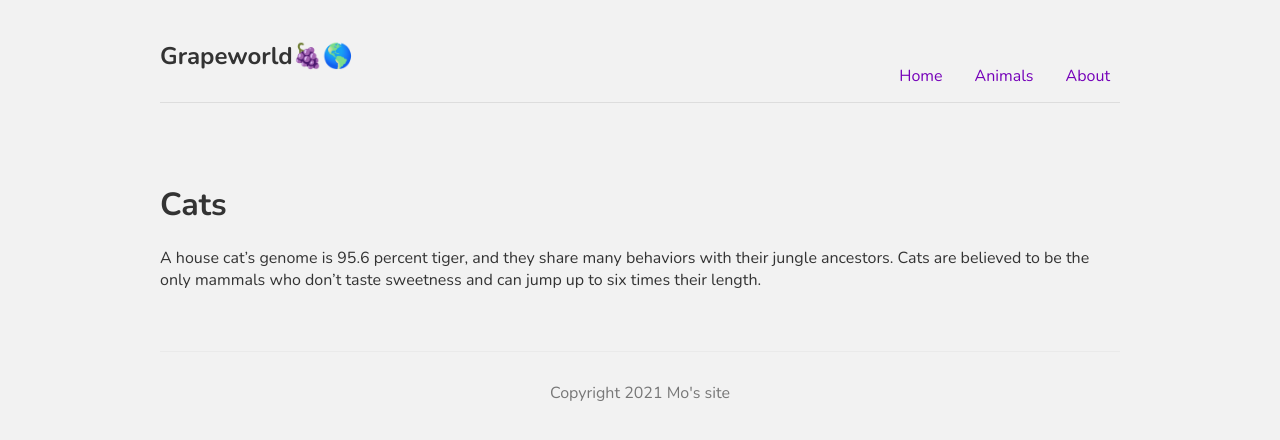
Repository: technogize/next-test-site
Page: /animals/sheep
An editor plug-in stored every save of this project. The page is shown before and after the next save, followed by the edit.
The browser window is 1280 px wide. The pictures show the whole page.
The project was rebuilt for these pictures with package versions that can differ from the ones it lists, and the page was loaded fresh each time. The framework's server and built-in components were replaced by stand-ins that run in the browser.

Above is the page before, as saved 2021-10-02 20:47:43.

After the next save:
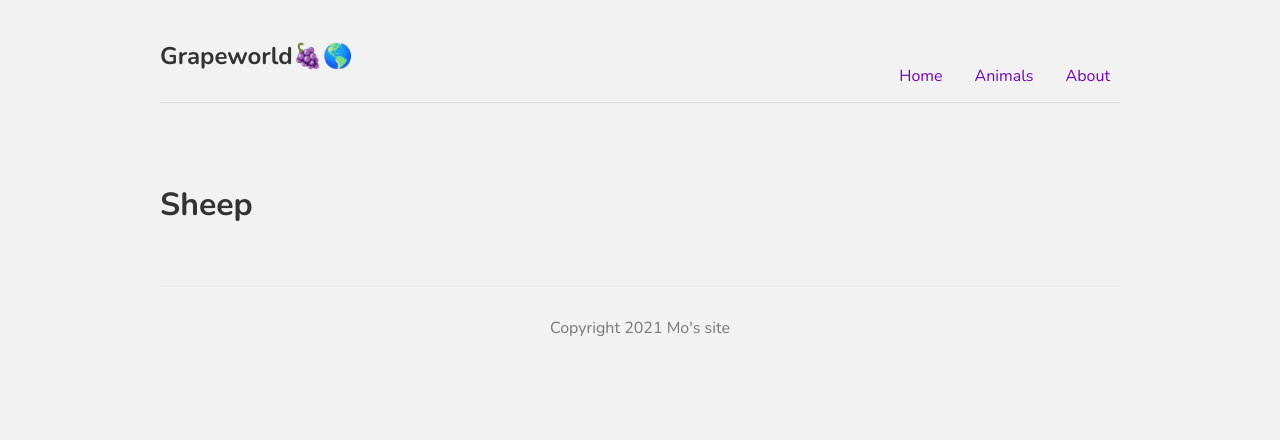
Saved 19 s later.
--- a/pages/animals/sheep.js
+++ b/pages/animals/sheep.js
@@ -1,13 +1,12 @@
 import React from 'react'
-import Navbar from '../../components/Navbar'
 
-const Cats = () => {
+const Sheep = () => {
     return (
         <div>
-            <h1>Cats</h1>
-            <p>A house cat’s genome is 95.6 percent tiger, and they share many behaviors with their jungle ancestors. Cats are believed to be the only mammals who don’t taste sweetness and can jump up to six times their length.</p>
+            <h1>Sheep</h1>
+            <p></p>
         </div>
     )
 }
 
-export default Cats
+export default Sheep
